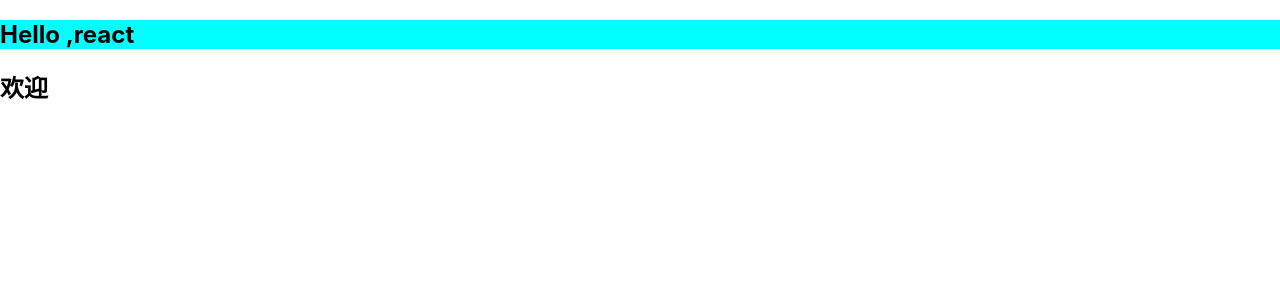
Repository: 0118Inory/react_bases
Page: /
An editor plug-in stored every save of this project. The page is shown before and after the next save, followed by the edit.
The browser window is 1280 px wide. The pictures show the whole page.
The project was rebuilt for these pictures with package versions that can differ from the ones it lists, and the page was loaded fresh each time. Also part of the build but not shown: src/App.css.

Above is the page before, as saved 2022-03-01 10:02:36.

### public/index.html
<!DOCTYPE html>
<html lang="en">
  <head>
    <meta charset="utf-8" />
    <!--%PUBLIC_URL% 代表public的路径 -->
    <link rel="icon" href="%PUBLIC_URL%/favicon.ico" />
    <!-- 开启理想视口，用于移动端网页的适配 -->
    <meta name="viewport" content="width=device-width, initial-scale=1" />
    <!-- 用于配置浏览器页签+地址栏的颜色（仅支持安卓手机浏览器） -->
    <meta name="theme-color" content="#000000" />
    <meta
      name="description"
      content="Web site created using create-react-app"
    />
    <!-- 用于指定网页添加到手机主屏幕后的图标 -->
    <link rel="apple-touch-icon" href="%PUBLIC_URL%/logo192.png" />
    <!-- 应用加壳时的配置文件   可以封装称app  手机移动版 -->

    <link rel="manifest" href="%PUBLIC_URL%/manifest.json" />

    <title>React App</title>
  </head>
  <body>
    <noscript>You need to enable JavaScript to run this app.</noscript>
    <div id="root"></div>

  </body>
</html>

### src/App.js
import React,{Component} from 'react';
import './App.css';
import Hello from './components/Hello';
import Welcom from './components/Wellow';


export default class App extends Component{
  render(){
    return(
      <div>
        <Hello/>
        <Welcom/>
      </div>
    )
  }
}

### src/components/Hello/index.js

// 样式模块化
import hello from './index.module.css'
import React,{Component} from'react'



export default class Hello extends Component{
    render(){
        return(
            <h2 className={hello.nihao}>Hello ,react</h2>
        )
    }
}

### src/components/Wellow/index.js
import './index.css'
import React,{Component} from 'react'
export default class welcom extends Component{
  render(){
      return(
          <h2 className='title'>欢迎</h2>
      )
  }
}

### 01 hello src copy/components/Hello/index.module.css
.nihao{
    background-color: aqua;
}

### src/components/Wellow/index.css
.tltle{
    font-size: 60px;
    background-color: chartreuse;
}

Loaded but not shown: src/index.js (common file); src/index.css (common file); src/reportWebVitals.js (common file)

After the next save:
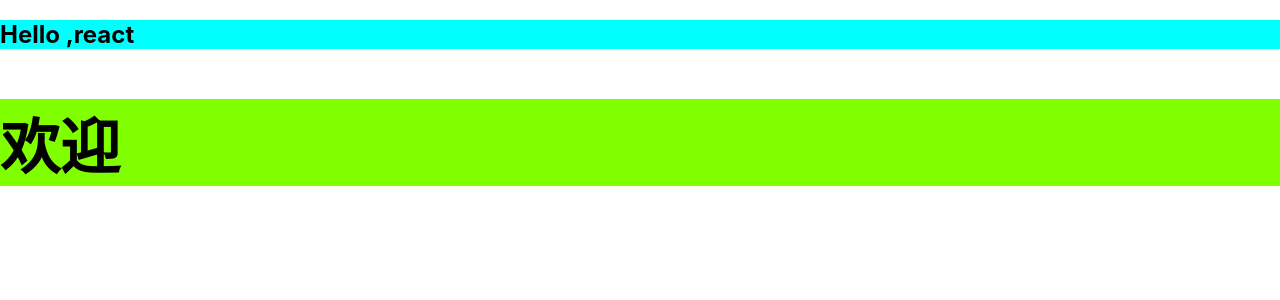
Saved 14 s later.
--- a/src/components/Wellow/index.css
+++ b/src/components/Wellow/index.css
@@ -1,4 +1,4 @@
-.tltle{
+.title{
     font-size: 60px;
     background-color: chartreuse;
 }
